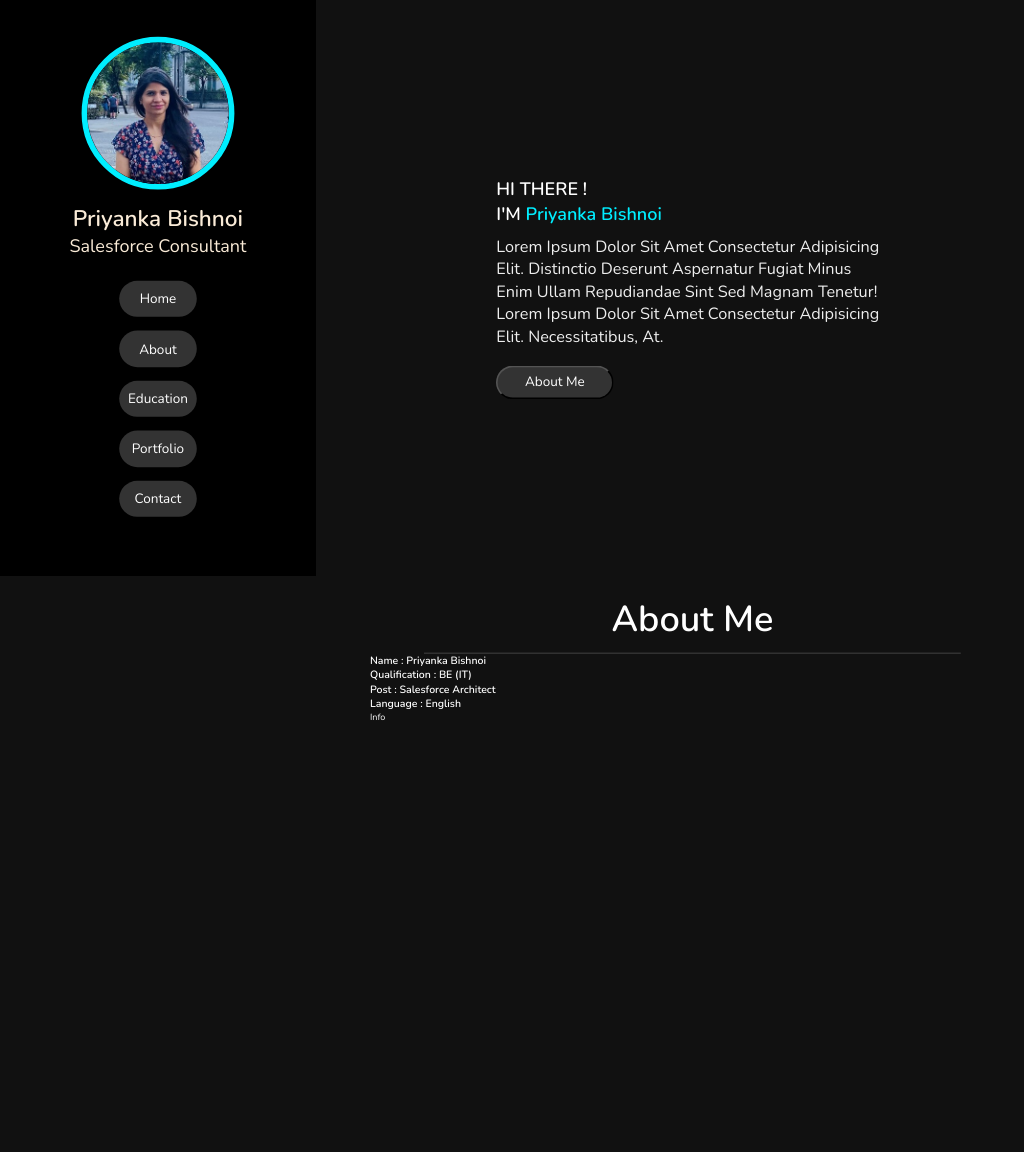
Repository: priyanka-bishnoi/PortfolioPage
Page: MyPage.html
An editor plug-in stored every save of this project. The page is shown before and after the next save, followed by the edit.
The browser window is 1280 px wide. The pictures show the whole page, at 80% of full size.

Above is the page before, as saved 2022-10-08 17:19:11.

### MyPage.html
<!DOCTYPE html>
<html>
<head>
    <link rel="stylesheet" href="css/style.css">

</head>
<body>
<header>
    <div class= "user">
        <img src="Background1.jpg"/>
        <h1 class="name" >Priyanka Bishnoi</h1>
        <p class="post" >Salesforce Consultant</p>
    </div>

    <nav class="navBar">
        <ul>
            <li> <a href="#home">Home</a></li>
            <li> <a href="#about">About</a></li>
            <li> <a href="#education">Education</a></li>
            <li> <a href="#portfolio">Portfolio</a></li>
            <li> <a href="#contact">Contact</a></li>

        </ul>


    </nav>


</header>

<!-- Home-->

<section class="home" id="home">

    <h3>HI THERE !</h3>
    <h1>I'M <span>Priyanka Bishnoi</span></h1>
    <p>Lorem ipsum dolor sit amet consectetur adipisicing elit. Distinctio deserunt aspernatur fugiat minus enim ullam repudiandae sint sed magnam tenetur! Lorem ipsum dolor sit amet consectetur adipisicing elit. Necessitatibus, at.
    </p>
    <a href="#about"><button class="btn">about me </button></a>


</section>

<section class="about" id="about">
<h1 class="heading"> About Me</h1>

<div>
    <div class="row">
        <h3> <span> name : </span> priyanka bishnoi </h3>
        <h3> <span> qualification : </span> BE (IT) </h3>
        <h3> <span> post : </span> Salesforce Architect </h3>
        <h3> <span> language : </span> English </h3>
    </div>
</div>
 <p> Info </p>


</section>

</body>
</html>

### css/style.css
@import url('https://fonts.googleapis.com/css2?family=Nunito:wght@200;300;400;600&display=swap');
:root{
    --orange:rgb(0, 238, 255);
}
*{
    font-family: 'Nunito', sans-serif;
    margin:0;
    padding:0;
    box-sizing:border-box;
    text-decoration:none;
    text-transform:capitalize;
    transition:all .2s linear;
}
html {
    font-size:70.5%;
    overflow-x:hidden;
}
body{
    background:#111;
    overflow-x: hidden;
    padding-left: 40rem;
}

section{
    min-height: 100vh;
    padding:1rem;
}

.btn{
    padding:.7rem 3rem;
    background:#333;
    color:#fff;
    cursor: pointer;
    margin-top: 1rem;
    font-size: 1.5rem;
    border-radius: 5rem;
}

.btn:hover{
    background:var(--orange);
}

.heading{
    text-align: center;
    margin:0 6rem;
    font-size: 4rem;
    padding:1rem;
    border-bottom: .1rem solid #fff4;
    color:#fff;
}

.heading span{
    color:var(--orange);
}

header {
    position:fixed;
    top:0; left:0;
    z-index:1000;
    height:100%;
    width:35rem;
    background:black;
    display:flex;
    align-items: center;
    justify-content: center;
    flex-flow: column;
    text-align: center;
}

header .user img {
    height: 17rem;
    width: 17rem;
    border-radius: 50%;
    object-fit: cover;
    margin-bottom: 1rem;
    border: 0.7rem solid var(--orange);
}
header .user .name {
    font-size: 2.5rem;
    color: antiquewhite;
}
header .user .post{
    font-size: 2rem;
    color: antiquewhite;
}

header .navBar {
    font-size : 2rem;
}
header .navBar ul{
    list-style: none;
    padding:1rem 2rem;
}
header .navBar ul li a{
    display: block;
    padding:1rem;
    margin:1.5rem 0;
    background:#333;
    color:#fff;
    font-size: 1.5rem;
    border-radius: 5rem;
}

header .navBar ul li a:hover{
    background:rgb(0, 238, 255);
}


.home{
    display: flex;
    justify-content: center;
    flex-flow: column;
    padding:0 15rem;
}

.home h3{
    font-size: 2rem;
    color:#fff;
}

.home h1{
    font-size:2rem;
    color:#fff;
}

.home h1 span{
    color:var(--orange);
}

.home p{
    font-size:1.8rem;
    color:#eee;
    padding: 1rem 0;
}

.about {
 color:white;
}
.about .row {
 color:white;
}

After the next save:
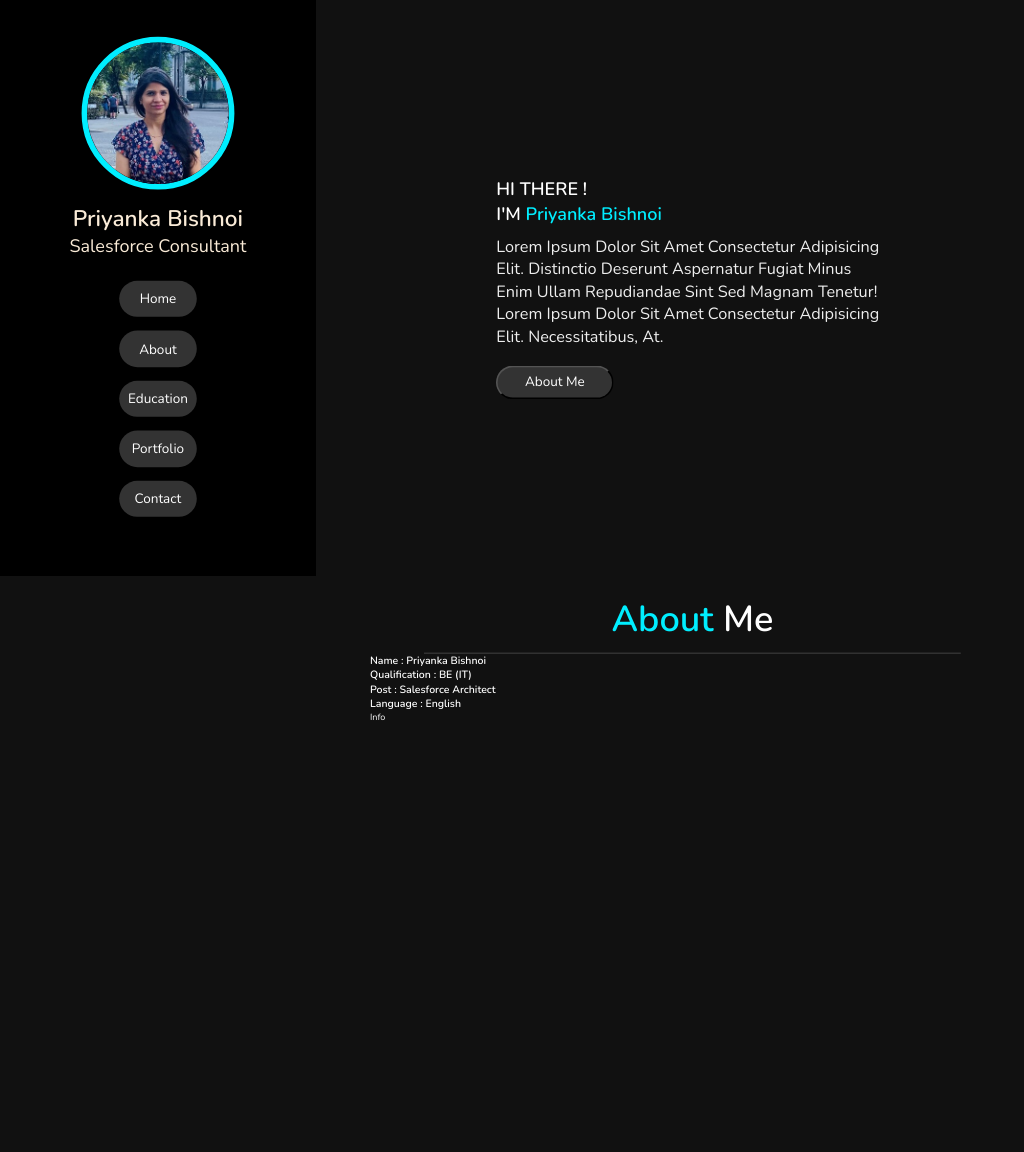
Saved 22 s later.
--- a/MyPage.html
+++ b/MyPage.html
@@ -42,7 +42,7 @@
 </section>
 
 <section class="about" id="about">
-<h1 class="heading"> About Me</h1>
+<h1 class="heading"> <span>About </span>Me</h1>
 
 <div>
     <div class="row">
